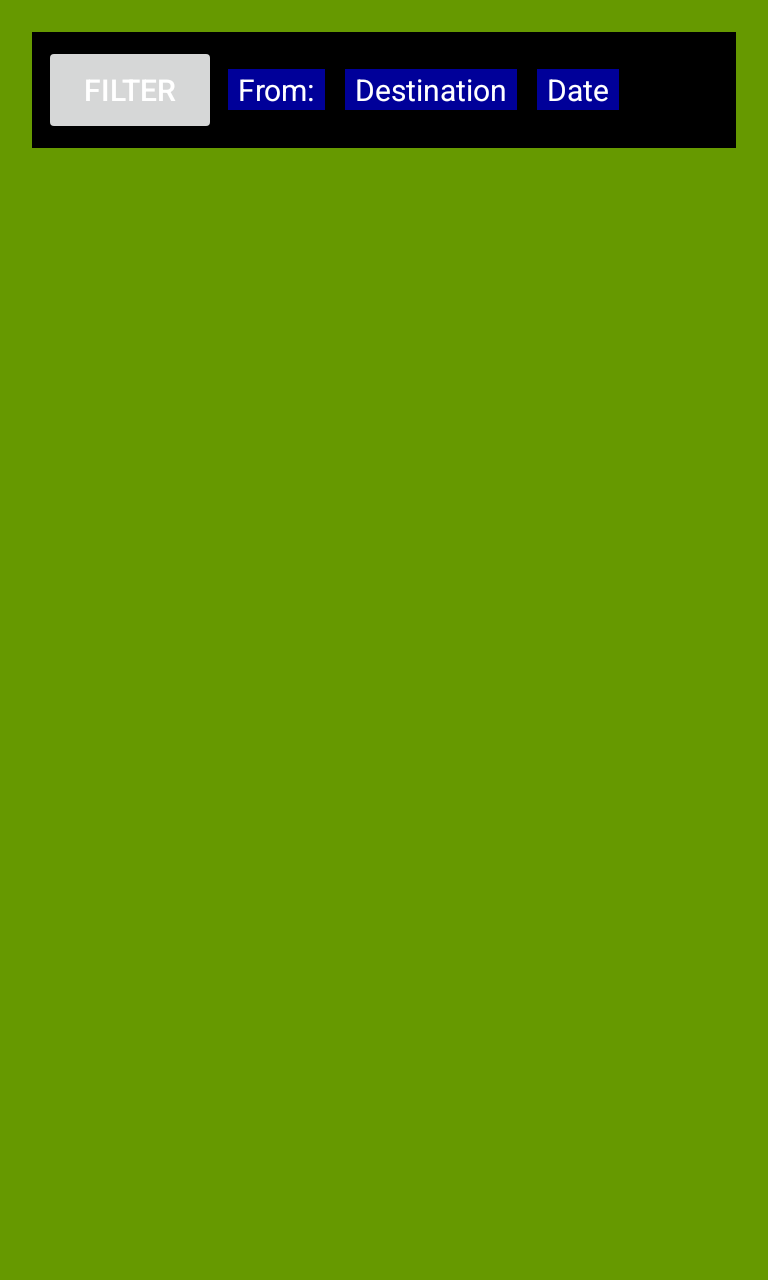
Repository: bwoldemi/LilyTrans
Layout: TransLily/res/layout/activity_ask_ride.xml
These files come from the project's save history. The layout is drawn as it stood at one moment and after the next save; the edit follows.
It is drawn on a 768 x 1280 px phone screen (xhdpi) without system bars, with theme AppTheme; the app's code is not run. Lists and similar views that code fills are empty.

Above is the layout before, as saved 2014-11-08 18:43:31.

### TransLily/res/layout/activity_ask_ride.xml
<LinearLayout xmlns:android="http://schemas.android.com/apk/res/android"
    xmlns:tools="http://schemas.android.com/tools"
    android:layout_width="match_parent"
    android:layout_height="match_parent"
    android:background="#669900"
    android:orientation="vertical"
    android:paddingBottom="@dimen/activity_vertical_margin"
    android:paddingLeft="@dimen/activity_horizontal_margin"
    android:paddingRight="@dimen/activity_horizontal_margin"
    android:paddingTop="@dimen/activity_vertical_margin"
    tools:context="com.example.translily.MainActivity" >

    <LinearLayout
        android:layout_width="fill_parent"
        android:layout_height="wrap_content"
        android:padding="5sp"
        android:background="@color/background_filter_layout"
        android:orientation="horizontal" >

        <Button
            android:layout_width="wrap_content"
            android:layout_height="wrap_content"
            android:onClick="filterSearchRide"
            android:text="@string/sort_rides"
            android:textColor="#FFF"
            android:textSize="15sp" />

        <TextView
            android:id="@+id/ask_ride_from"
            android:layout_width="wrap_content"
            android:layout_height="wrap_content"
          	android:paddingTop="0sp"
          	android:paddingBottom="0sp"
            android:layout_marginLeft="5sp"
            android:layout_marginRight="5sp"

            android:background="@color/backgroundFrom"
            android:paddingLeft="5sp"
            android:paddingRight="5sp"
            android:text="@string/from"
            android:textColor="#FFF"
            android:textSize="15sp" />

        <TextView
            android:id="@+id/ask_ride_to"
            android:layout_width="wrap_content"
            android:layout_height="wrap_content"
            android:background="@color/backgroundFrom"
            android:layout_marginBottom="0dip"
            android:layout_marginLeft="5sp"
            android:layout_marginRight="5sp"
            android:layout_marginTop="0dip"
            android:paddingLeft="5sp"
            android:paddingRight="5sp"
            android:text="@string/destination"
            android:textColor="#FFF"
            android:textSize="15sp" />

        <TextView
            android:id="@+id/ask_ride_date"
            android:layout_width="wrap_content"
            android:layout_height="wrap_content"
            android:background="@color/backgroundFrom"
            android:layout_marginBottom="0dip"
            android:layout_marginLeft="5sp"
            android:layout_marginRight="5sp"
            android:layout_marginTop="0dip"
            android:paddingLeft="5sp"
            android:paddingRight="5sp"
            android:text="@string/date"
            android:textColor="#FFF"
            android:textSize="15sp" />
    </LinearLayout>

    <ListView
        android:id="@+id/ask_ride_lv"
        android:layout_width="fill_parent"
        android:layout_height="wrap_content" >
    </ListView>

</LinearLayout>

### TransLily/res/values/strings.xml
<?xml version="1.0" encoding="utf-8"?>
<resources>

    <string name="app_name">TransLily</string>
    <string name="hello_world">Hello world!</string>
    <string name="action_settings">Settings</string>
    <string name="lily">LILY Transportation </string>
    <string name="from">From: </string>
    <string name="starting_location">Enter starting point</string>
    <string name="destination_point">To: </string>
    <string name="ending_location">Enter your destination</string>
    <string name="senior_name"> Name: </string>
    <string name="typein_name"> Enter your full name here</string>
    <string name="contact_info"> Phone Number: </string>
    <string name="phone_number"> e.g 0458749818 </string>
    <string name="button_askride"> Search rides</string>
    <string name="button_offerride"> Offer ride</string>
    <string name="pick_time"> Pick time </string>
    <string name="pick_date"> Pick date </string>
    <string name="title_activity_ask_ride">Ask Ride Page</string>
    <string name="title_activity_booked_ride">BookedRideActivity</string>
    <string name="show_my_booked_rides">Show my booked rides</string>
    <string name="title_activity_post_ride">Post Ride Page</string>
    <string name="search_ride">Search ride </string>
    <string name="post_ride">Post ride </string>
    <string name="My_request_rides">My request rides </string>
    <string name="My_Post_rides">My posts </string>
    <string name="welcome_message">Welcome To Lily Transport </string>
    <string name="service_provider">Service provider </string>
    <string name="taxi_id">Taxi id/ Name</string>
    <string name="starting_point">Starting point</string>
    <string name="destination"> Destination </string>
    <string name="date"> Date </string>
    <string name="number_of_person">Number of Person</string>
    <string name="comment">Comment </string>
    <string name="title_activity_my_post_rides">My Post Rides Page</string>
    <string name="title_activity_reserved_post_rides">ReservedPostRides</string>
    <string name="cancel">Cancel</string>
    <string name="approve">Approve</string>
    <string name="save">Save</string>
    <string name="please_enter_name_phone"> Please eneter your name and phonenumber</string>
    <string name="full_name">Full Name</string>
    <string name="com.lily.pre">com.lily.pre</string>
    <string name="save_changes">Save Changes</string>
    <string name="change_your_data">Change your data</string>
    <string name="sort_rides">Filter</string>

    <color name="text_color">#FFF</color>
    <color name="background">#669900</color>
    <color name="backgroundFrom">#000099</color>
	<color name="background_filter_layout">#000</color>
    <string name="title_activity_basic_info">BasicInfoActivity</string>
    <string name="title_activity_setting">Setting</string>

</resources>

Loaded but not shown: TransLily/res/values/styles.xml (common file); TransLily/res/values-v11/styles.xml (common file); TransLily/res/values-v14/styles.xml (common file); TransLily/res/values/dimens.xml (common file); TransLily/res/values-w820dp/dimens.xml (common file)

After the next save:
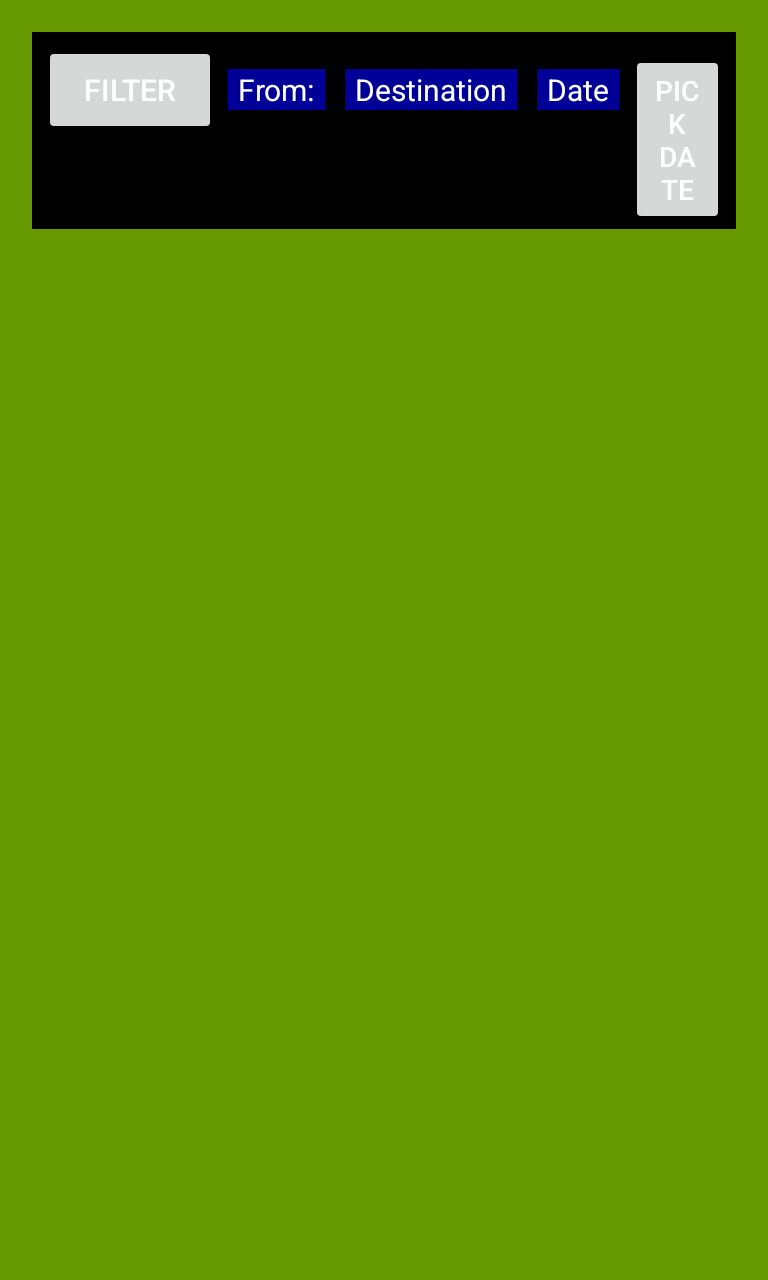
Saved 76 s later.
--- a/TransLily/res/layout/activity_ask_ride.xml
+++ b/TransLily/res/layout/activity_ask_ride.xml
@@ -70,6 +70,14 @@
             android:text="@string/date"
             android:textColor="#FFF"
             android:textSize="15sp" />
+ <Button
+        android:id="@+id/datePicker"
+        android:layout_width="wrap_content"
+        android:layout_height="wrap_content"
+        android:onClick="showDatePickerDialog"
+        android:text="@string/pick_date"
+        android:textColor="#FFF" />
+
     </LinearLayout>
 
     <ListView
